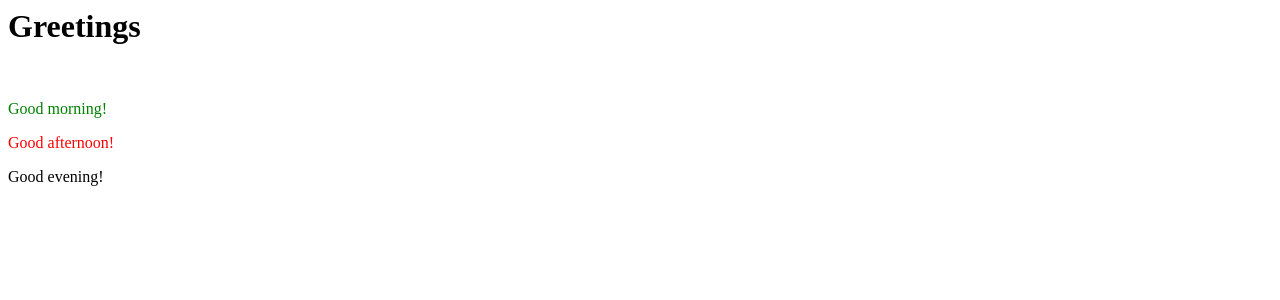
Repository: soydaizu/yamada-git1
Page: Folder_for_Exam/greeting.html
The author's editor kept a record of every edit. The page is drawn from the files as they stood at one moment, then again after the next edit.
The browser window is 1280 px wide. The pictures show the whole page.

Above is the page before.

### Folder_for_Exam/greeting.html
<html lang="ja">
    <head>
        <meta charset="UTF-8">
        <title>Greetings</title>
         <link rel="stylesheet" href="greeting.css">
    </head>
<body>
<h1>Greetings</h1>
<br>
  <div id = "greetings">
    <p class = "morning">
    Good morning!
    </p>
    <p class = "afternoon">
    Good afternoon!
    </p>
    <p id = "evening">
    Good evening!
    </p>
  </div>
</body>

### Folder_for_Exam/greeting.css
#greetings .morning {
  color: green;
}
#greetings .afternoon {
  color: red;
}
#greetings .evening {
  color: blue;
}

After the next edit:
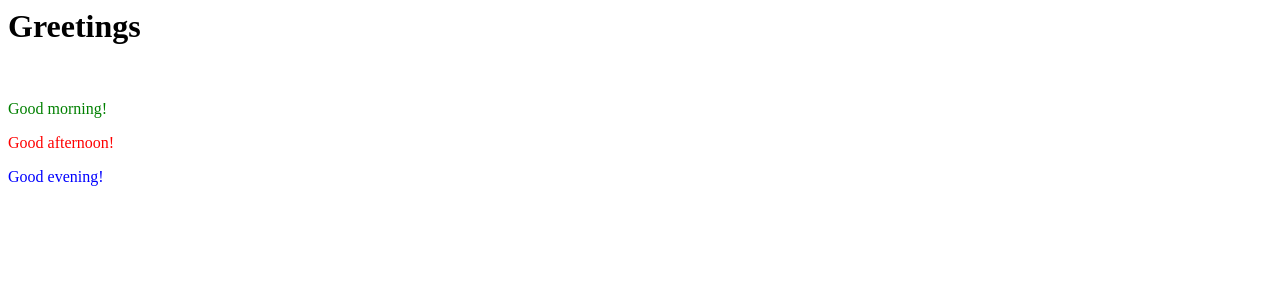
The edit:
--- a/Folder_for_Exam/greeting.html
+++ b/Folder_for_Exam/greeting.html
@@ -14,7 +14,7 @@
     <p class = "afternoon">
     Good afternoon!
     </p>
-    <p id = "evening">
+    <p class = "evening">
     Good evening!
     </p>
   </div>
